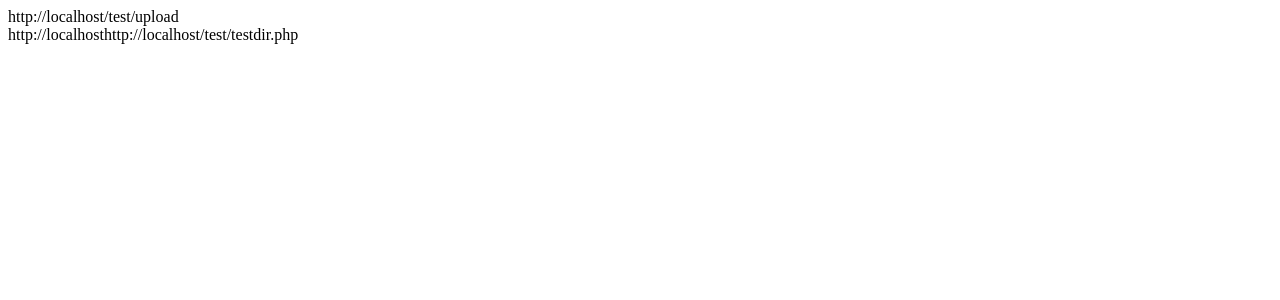
Repository: SolarHalo/dbe
Page: http://localhost/test/testdir.php
The author's editor kept a copy of each file at every save. The page is drawn from the files as they stood at one save, then again after the next save.
The browser window is 1280 px wide. The pictures show the whole page.
The page is run by PHP 8.4 with error messages shown; the project is at /var/www/html/.

Above is the page before, as saved 2013-03-22 03:36:00.

After the next save:
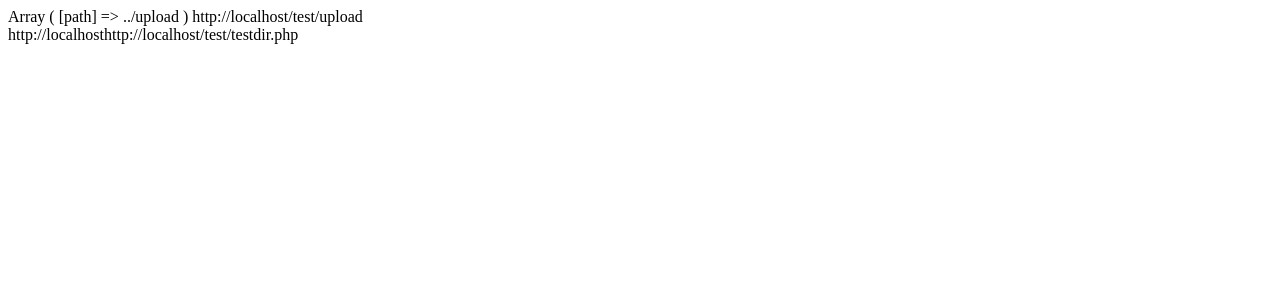
Saved 5 min 3 s later.
--- a/test/test/testdir.php
+++ b/test/test/testdir.php
@@ -8,6 +8,7 @@
 
 function format_url($srcurl, $baseurl) {
   $srcinfo = parse_url($srcurl);
+  print_r($srcinfo);
   if(isset($srcinfo['scheme'])) {
     return $srcurl;
   }
